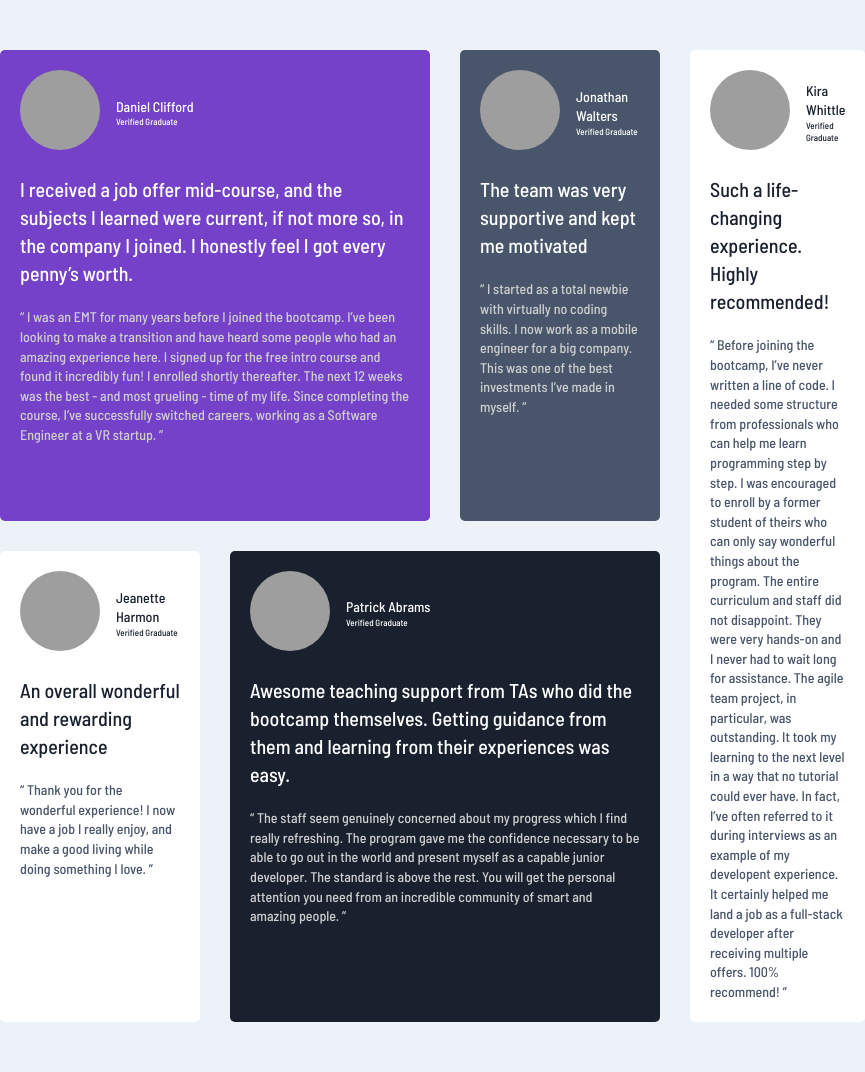
Repository: nptg3105/lab02-testimonials-grid
Page: index.html
An editor plug-in stored every save of this project. The page is shown before and after the next save, followed by the edit.
The browser window is 768 px wide. The page is 865 px wide, so the pictures cover 865 px, including what lies to the right of the window. The pictures show the whole page.
Pictures or frames that could not be fetched are drawn as grey boxes. The style sheet was rebuilt from its Sass, Less or Tailwind sources for each picture, by a compiler version that may differ from the author's.

Above is the page before, as saved 2021-12-08 22:27:17.

After the next save:
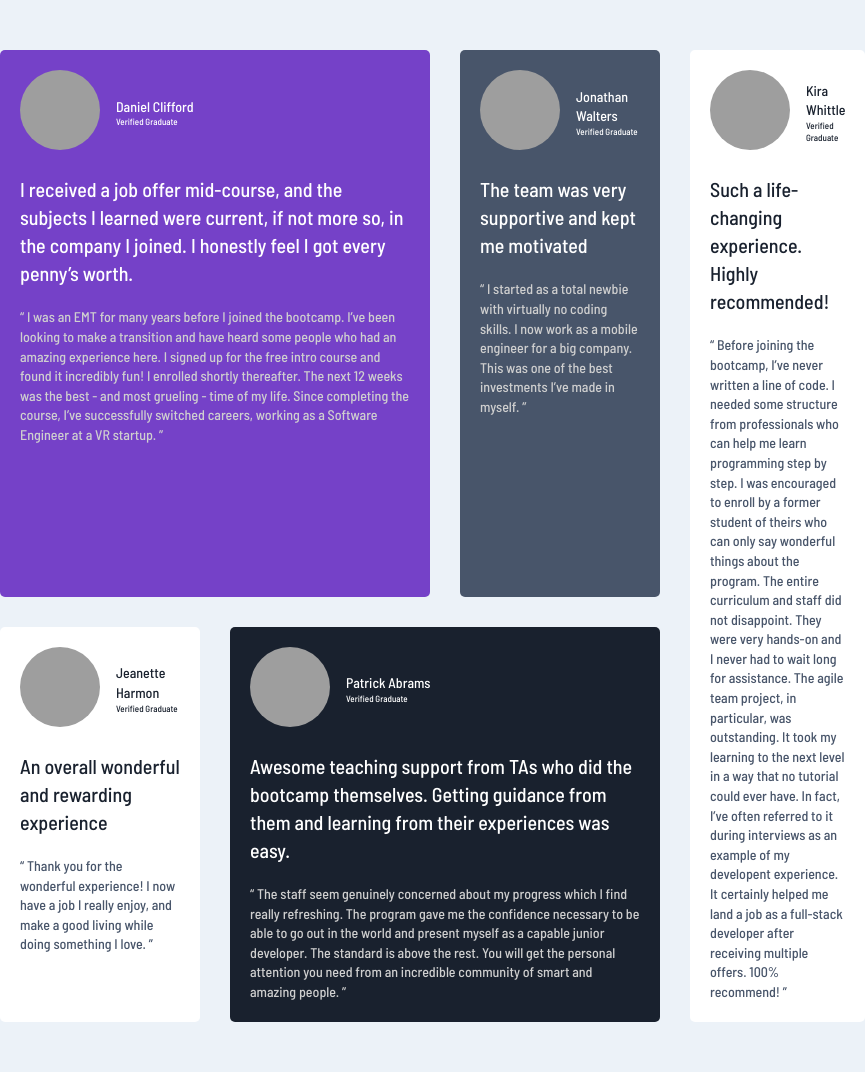
Saved 43 s later.
--- a/style.scss
+++ b/style.scss
@@ -125,6 +125,6 @@ body {
 
     .testimonials {
         grid-template-columns: repeat(auto-fill, minmax(200px, 1fr));
-        grid-template-rows: repeat(2, 1fr);
+        grid-template-rows: repeat(auto-fill, minmax(150px, 1fr));
     }
 }
